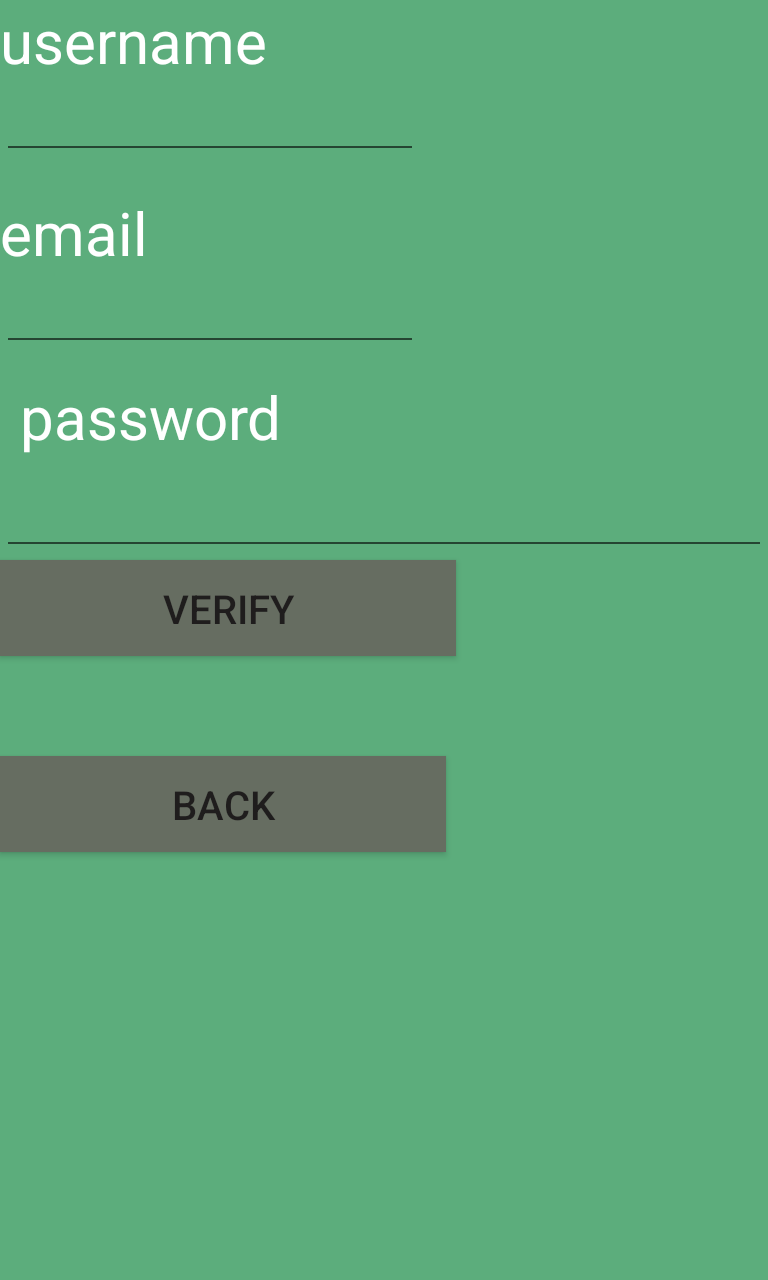
Repository: janemuthoni/icon
Layout: Exam/res/layout/login.xml
The author's editor kept a copy of each file at every save. The layout is drawn from the files as they stood at one save, then again after the next save.
It is drawn on a 768 x 1280 px phone screen (xhdpi) without system bars, with theme AppTheme; the app's code is not run.

Above is the layout before, as saved 2014-08-07 08:36:27.

After the next save:
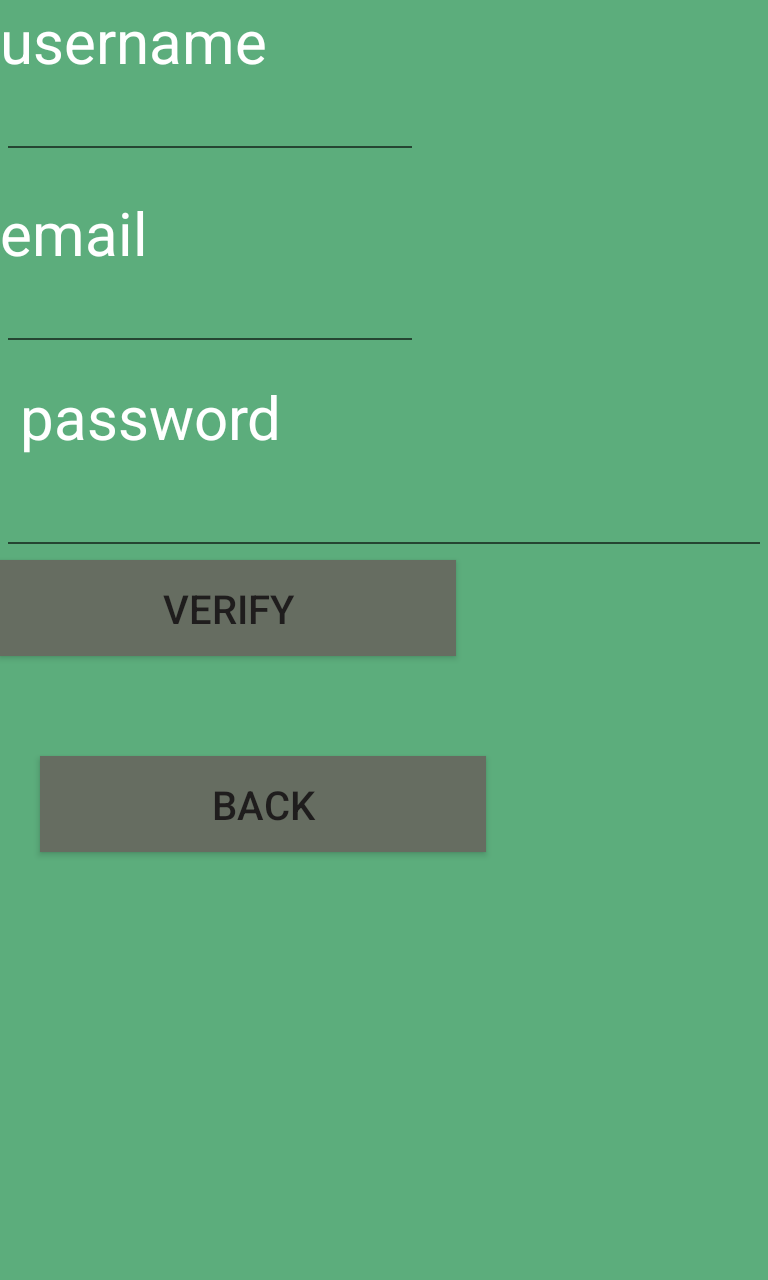
Saved 18 s later.
--- a/Exam/res/layout/login.xml
+++ b/Exam/res/layout/login.xml
@@ -68,6 +68,7 @@
           android:text="@string/buttonback"
           android:textColor="@color/black"
           android:textSize="20sp"
+          android:layout_marginLeft="20dp"
           android:layout_marginTop="50dp" />
 
 </LinearLayout>
